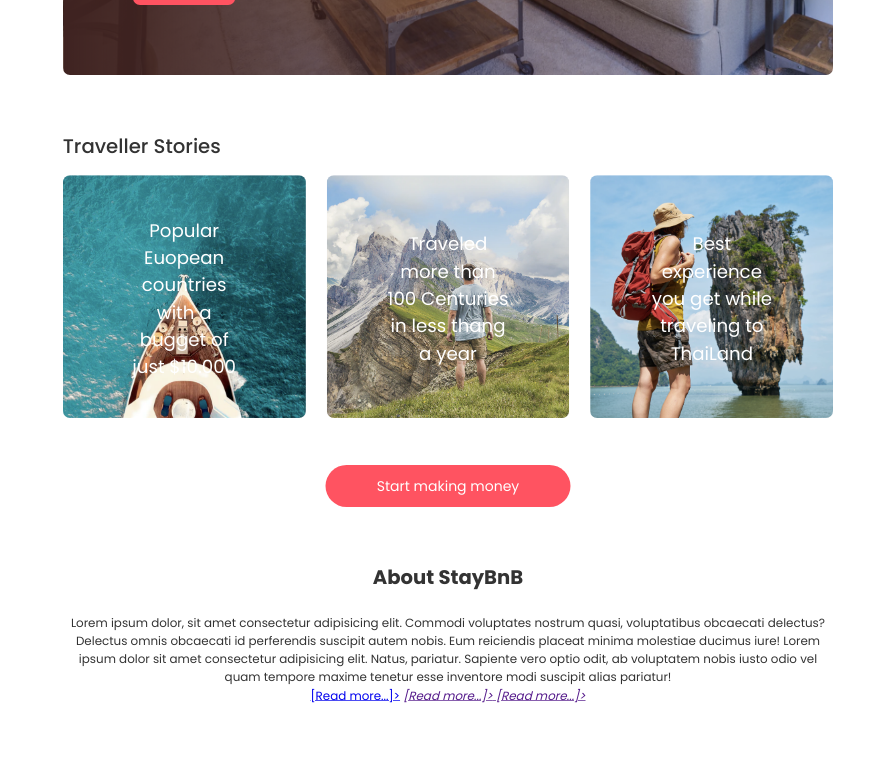
Repository: pinocoding/AirBnB
Page: house.html
An editor plug-in stored every save of this project. The page is shown before and after the next save, followed by the edit.
The browser window is 1280 px wide. The pictures show the part of the page from y = 1966 to 3886 px (the page is 3052 px tall before and 6022 px after), at 70% of full size.

Above is the page before, as saved 2022-01-23 17:15:12.

After the next save:
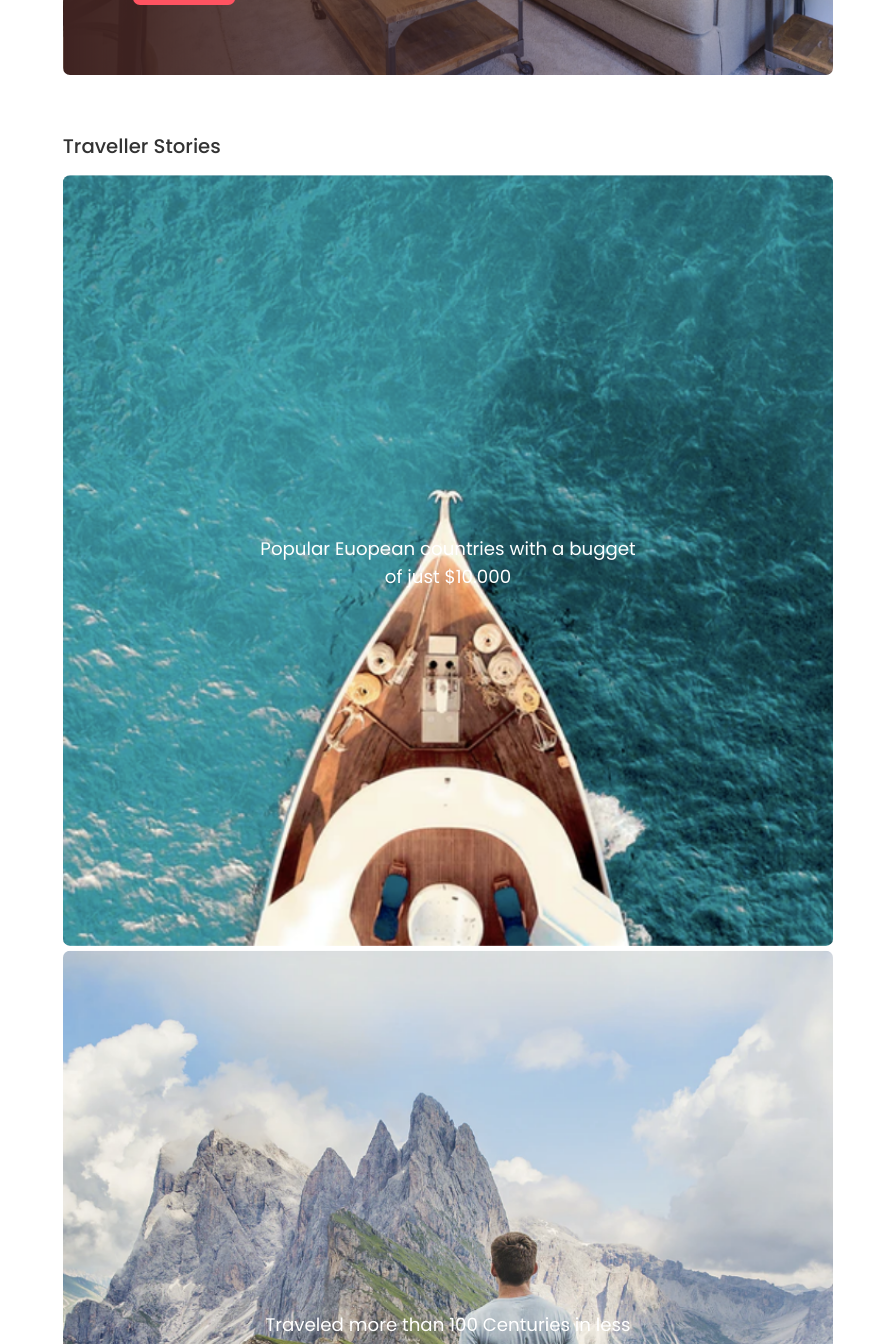
Saved 68 s later.
--- a/style.css
+++ b/style.css
@@ -178,7 +178,7 @@ padding-top: 22%
 }
 /* ------------Traveller Stories--------- */
 .stories {
-  display: grid ;
+  display:ms-grid ;
   grid-template-columns: repeat(auto-fit,minmax(200px,1fr));
   grid-gap: 30px;
   margin-bottom :30px;
